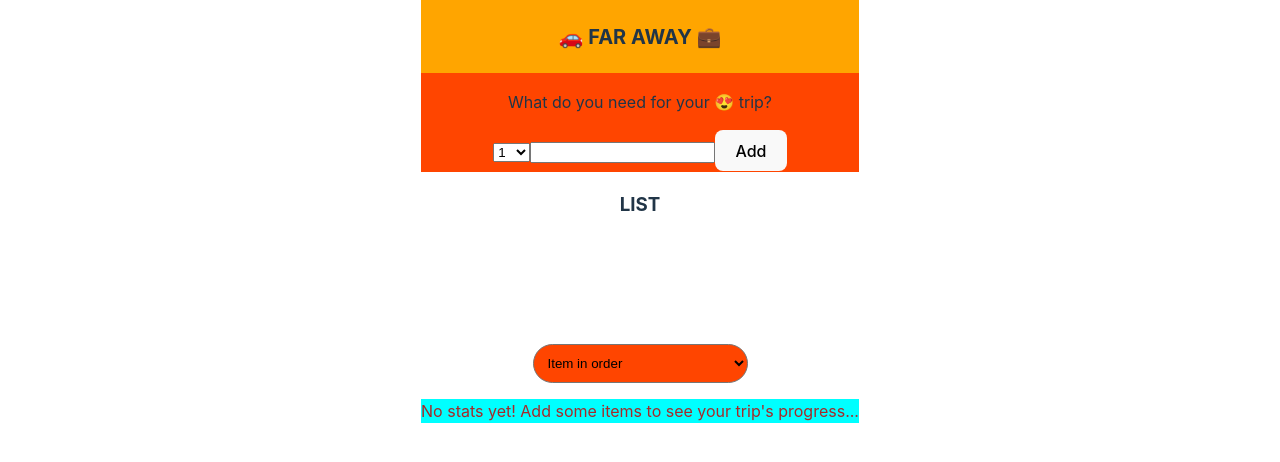
Repository: Celebration-cloud/Trip-Add-To-List
Page: /
The author's editor kept a copy of each file at every save. The page is drawn from the files as they stood at one save, then again after a run of saves.
The browser window is 1280 px wide. The pictures show the whole page.
The project was rebuilt for these pictures with package versions that can differ from the ones it lists, and the page was loaded fresh each time. Also part of the build but not shown: vite.config.js.

Above is the page before, as saved 2023-10-29 17:24:13.

After the next 6 saves:
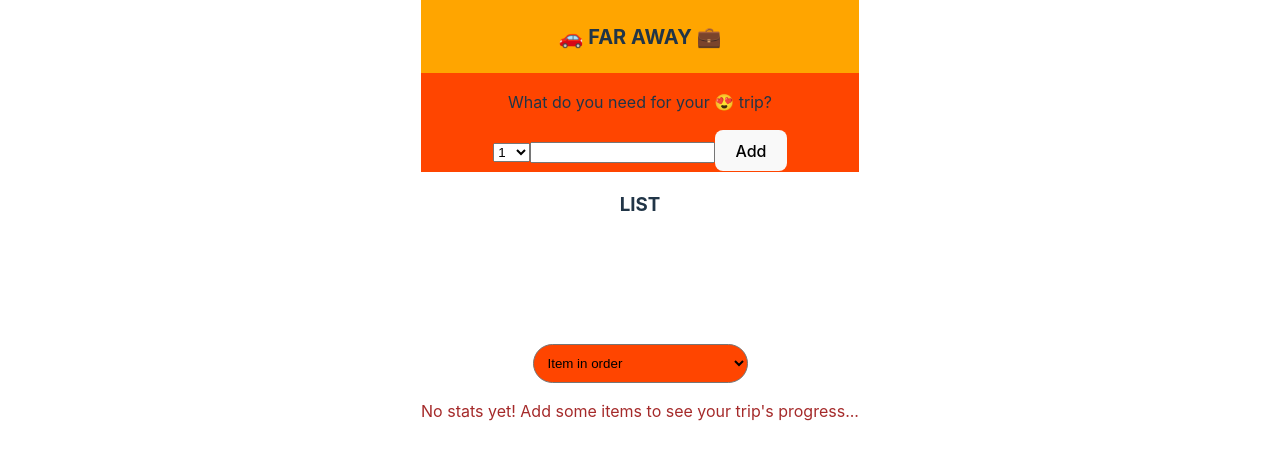
The 6 saves are shown as one change because they came seconds apart.
The last was saved 26 s later.
--- a/src/Trip-List/TripList.css
+++ b/src/Trip-List/TripList.css
@@ -5,6 +5,7 @@
             width: "100%", */
 .static{
     position: sticky;
+    -moz-po
     background-color: aqua;
     color: brown;
     bottom: 0px;

After the 5 saves that followed:
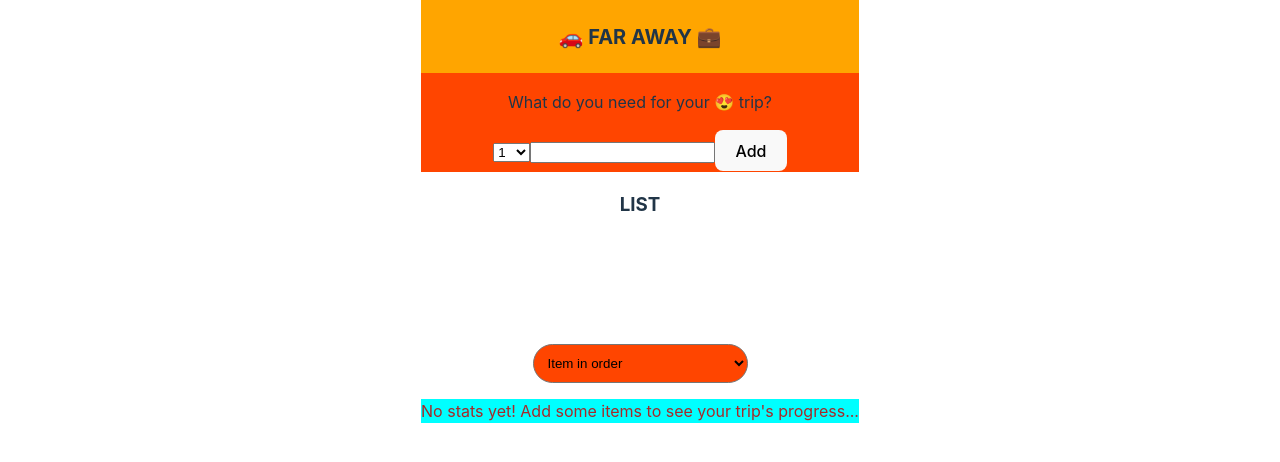
The 5 saves are shown as one change because they came seconds apart.
The last was saved 13 s later.
--- a/src/Trip-List/TripList.css
+++ b/src/Trip-List/TripList.css
@@ -5,7 +5,6 @@
             width: "100%", */
 .static{
     position: sticky;
-    -moz-po
     background-color: aqua;
     color: brown;
     bottom: 0px;
